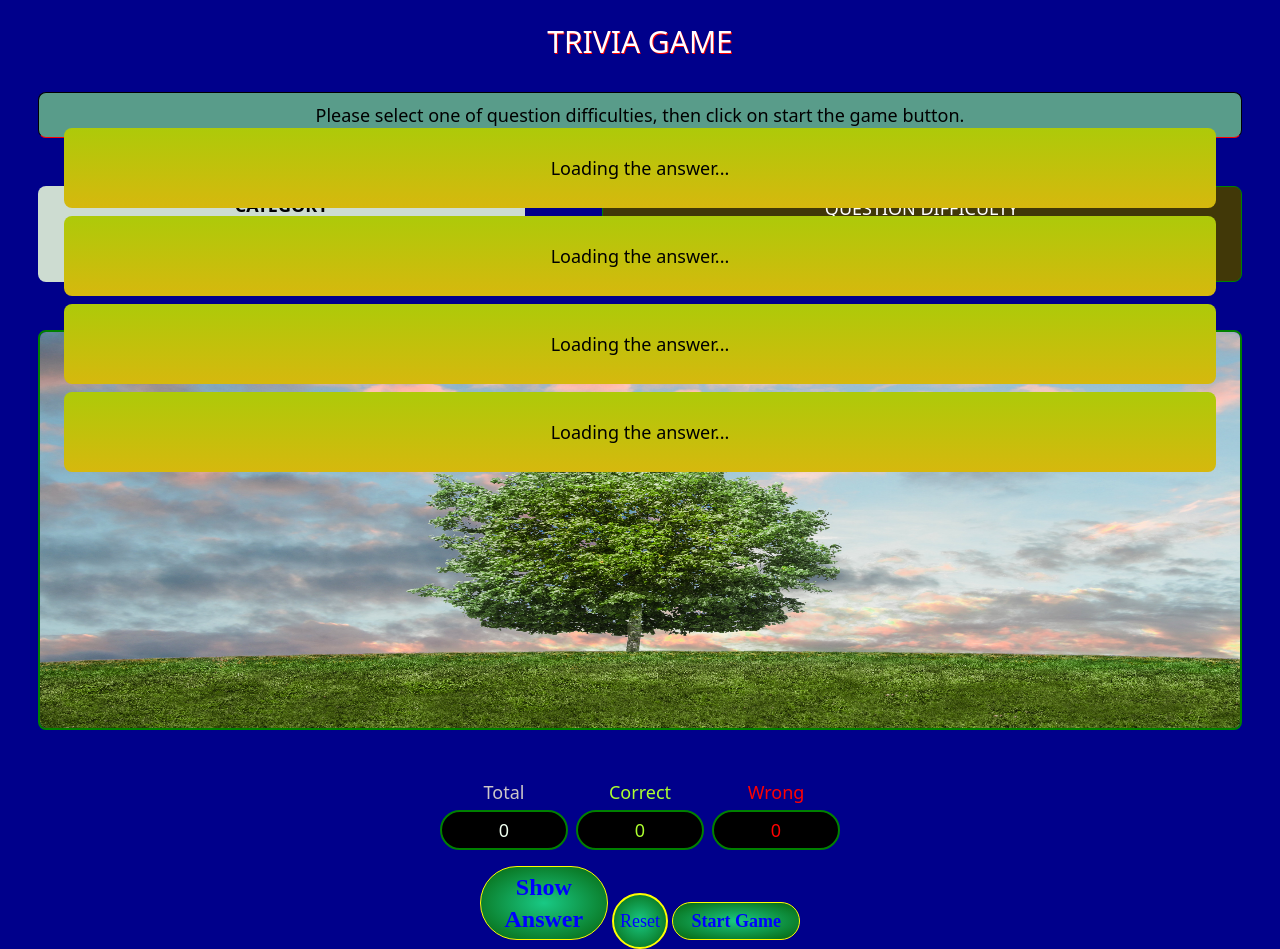
Repository: ShindanoSingi/bembe-trivia
Page: index.html
These files come from the project's save history. The page is drawn as it stood at one moment and after the next save; the edit follows.
The browser window is 1280 px wide. The pictures show the whole page.
Some web libraries are served in a nearby version.

Above is the page before, as saved 2022-09-08 01:32:39.

### index.html
<!DOCTYPE html>
<html lang="en">

    <head>
        <meta charset="UTF-8">
        <meta http-equiv="X-UA-Compatible" content="IE=edge">
        <meta name="viewport" content="width=device-width, initial-scale=1.0">
        <link rel="stylesheet" href="style.css">
        <script src="https://cdn.tailwindcss.com"></script>
        <title>Trivia Game</title>
    </head>

    <body class="">
        <div class="containerBox max-h-[100vh] my-2 flex flex-col gap-[3rem]">
            <h1 class="text-center text-3xl relative top-4" >TRIVIA GAME</h1>
            <div class="questionBox text-center w-[94vw] md:text-lg h-[6.5rem] p-2 md:p-2 mx-auto rounded-lg">
                Please select one of question difficulties, then click on start the game button.
            </div>
            <div class="category-and-difficulty-container items-center justify-around flex">
                <div class="category-container w-[38vw] md:h-[6rem] h-[4.5rem] bg-[#CDDCD1] flex items-center flex-col py-[0.3rem] rounded-lg">
                    <div class="labelCategory text-sm md:text-lg font-bold md:font-bold text-black">CATEGORY</div>
                    <div class="category text-sm md:text-lg text-center p-1 rounded-lg">
                        Loading category...
                    </div>
                </div>
                <div class="qDifficultyBox w-[50vw] pb-1 rounded-lg items-center flex h-[4.5rem] md:h-[6rem] justify-around flex-col">
                        <div id="question" class="qCat md:text-lg text-sm">QUESTION DIFFICULTY</div>
                        <div class="difficulties-container md:flex md:space-x-6 flex gap-1">
                            <button class="difficulty px-1.5 md:w-[6rem] text-sm md:text-lg rounded-full" id="easy">Easy</button>
                            <button class="difficulty md:w-[6rem] px-1.5 rounded-full md:text-lg text-sm" id="medium">Medium</button>
                            <button class="difficulty md:w-[6rem] px-1.5 text-sm md:text-lg rounded-full" id="hard">Hard</button>
                    </div>
                </div>
            </div>
            <div class="imgAndQuestions">
                <img class="w-[94vw] h-[25rem] mx-auto" src="pexels-skitterphoto-9198.jpg" alt="nature image">
                <div class="answersButtons absolute md:absolute md:bottom-[15.5rem] bottom-[17.2rem] ml-[5vw] flex space-y-2 items-center  flex-col">
                    <button class="showAnswer md:text-lg w-[90vw] p-1 absolute bottom-[17rem] mx-auto text-sm h-[5rem]">Loading the answer...</button>
                    <button class="response md:text-lg w-[90vw] p-1 text-center text-md h-[5rem]" id="response1">Loading the answer...</button>
                    <button class="response md:text-lg w-[90vw] p-1 text-md h-[5rem]" id="response2">Loading the answer...</button>
                    <button class="response md:text-lg w-[90vw] p-1 text-md h-[5rem]" id="response3">Loading the answer...</button>
                    <button class="response md:text-lg w-[90vw] p-1 text-md h-[5rem]" id="response4">Loading the answer...</button>
                    </div>
                </div>

            <div id="bottomPart" class="flex  mx-auto flex-col items-center gap-4">
                <div class="labelsAndButtons relative left-1 flex space-x-2">
                    <div class="question-number flex flex-col items-center">
                        <p class="labels md:text-lg pb-1" id="labelQ">Total</p>
                        <div class="bottombuttons md:w-[8rem] md:text-lg w-[5rem] text-center py-1" id="questionNumber">0</div>
                    </div>
                    <div class="correct-answers md:text-lg flex flex-col items-center">
                        <p class="labels pb-1" id="labelC">Correct</p>
                        <div class="bottombuttons md:text-lg w-[5rem] md:w-[8rem] text-center py-1" id="correct">0</div>
                    </div>
                    <div class="wrong-answers md:text-lg flex flex-col items-center">
                        <p class="labels pb-1" id="labelW">Wrong</p>
                        <div class="bottombuttons md:w-[8rem] md:text-lg w-[5rem] text-center py-1" id="wrong">0</div>
                    </div>
                    <div class="timerQuestionCorrectWrong"></div>
                </div>
                <div class="threeBottomButtons">
                    <button class="w-[8rem] text-lg md:text-2xl py-1" id="showAnswer">Show Answer</button>
                    <button class="reset text-lg p-1 w-[3.5rem] h-[3.5rem] rounded-full">Reset</button>
                    <button class="startGame text-lg w-[8rem] py-1">Start Game</button>
                </div>
            </div>
            </div>
        <script src="./script.js"></script>
    </body>
</html>

### style.css

/* iPhone 8 and smaller */

    /*  Set h1 text to red */
    h1 {
        color: #fff;
        text-shadow: 0.05rem 0.05rem red;
    }

    /* The box containing the question */
    .questionBox {
        color: rgb(0, 0, 0);
        border: 0.02rem solid;
        background-color: rgb(89, 156, 138);
        border-bottom-color: red;
    }

    /* Label for category */
    .labelCategory {
        color: white;
    }

    /* The show answer message box */
    .showAnswer {
        color: honeydew;
        visibility: hidden;
        border: 0.1rem solid green;
        border-radius: 0.5rem;
        background-color:rgb(2, 27, 3);
    }
    /*  Individual difficulty button */
    .difficulty {
        background-image: linear-gradient(rgb(16, 221, 142), rgb(4, 58, 7));
        border: 0.2rem solid rgb(21, 139, 35);
        color: white;
    }

    /*  Class containing all difficulty buttons */
    .difficulties-container {
        border-color: green;
    }
    /* The box containing difficulty buttons */
    .qDifficultyBox {
        border: 0.14vh solid green;
        background-color: rgb(65, 56, 8);
        color: white;
    }

    /* image */
    img {
        border: 0.15rem solid green;
        border-radius: 0.5rem;
    }
    /* all response buttons */
    .response {
        border-color: green;
        background-image: linear-gradient(rgb(173, 202, 9), rgb(214, 184, 14));
        color: black;
        border-radius: 0.5rem;
    }
    /* All response buttons */
    .response:hover {
        background-image: linear-gradient(rgb(32, 90, 165), rgb(72, 168, 192));
    }

    /* Show answer button */
    #showAnswer {
        color: blue;
        border: 0.54vh solid green;
        border: 0.27vh solid yellow;
        border-radius: 20rem;
        font-family: cursive;
        font-weight: bold;
        background-image: radial-gradient(rgb(25, 201, 133), rgb(6, 99, 10));
    }
    #showAnswer:hover {
        background-image: radial-gradient(rgb(201, 25, 25), rgb(93, 99, 6));
        color: white;
    }
    /* Start game button */
    .startGame {
        color: blue;
        border: 0.54vh solid green;
        border: 0.27vh solid yellow;
        border-radius: 20rem;
        font-family: cursive;
        font-weight: bold;
        background-image: radial-gradient(rgb(25, 201, 133), rgb(6, 99, 10));
    }
    /* Start game button */
    .startGame:hover {
        background-image: radial-gradient(rgb(201, 25, 25), rgb(93, 99, 6));
        color: white;
    }
    /* Reset button */
    .reset {
        color: blue;
        border: 0.5rem solid green;
        border: 0.15rem solid yellow;
        font-family: cursive;
        background-image: radial-gradient(rgb(25, 201, 133), rgb(6, 99, 10));
    }
    /* Reset button */
    .reset:hover {
        background-image: radial-gradient(rgb(201, 25, 25), rgb(93, 99, 6));
        color: white;
    }

    /* Class containing the 3 bottom labels  (total questions, correct answers and wrong answers) */
    .question-number {
        color: rgb(205, 200, 200);
    }

    .correct-answers {
        color: greenyellow;
    }

    .wrong-answers {
        color: red;
    }

    /* The bottom boxes for total question number, correct answers and wrong answers */
    .bottombuttons {
        border: 0.15rem solid green;
        background-color: black;
        color: honeydew;
        border-radius: 2rem;
    }

    /* Set the wrong anser to red */
    #wrong {
        color: rgb(255, 0, 0);
    }
    /* Set the correct anser to green */
    #correct {
        color: greenyellow;
    }

    /* Change the color when "easy" button is hovered over */
    #easy:hover {
        background-image: linear-gradient(rgb(202, 9, 9), rgb(214, 184, 14));
    }
    /* Change the color when "easy" button is hovered over */
    #medium:hover {
        background-image: linear-gradient(rgb(202, 9, 9), rgb(214, 184, 14));
    }
    /* Change the color when "easy" button is hovered over */
    #hard:hover {
        background-image: linear-gradient(rgb(202, 9, 9), rgb(214, 184, 14));
    }

    body {
      background-color: darkblue;
    }

### script.js
// Declaring variables

// Capture win window
let winWindow = document.querySelector('.win');

// Declae win reset button
let winResetButton = document.querySelector('.winReset');

// define lose reset button
let loseResetButton = document.querySelector('.loseReset');

// define lose window
let loseWindow = document.querySelector('.lose');

// define win image
let winImage = document.querySelector('.winImage')

// define a message if the payer loses the game
let loseMessage = document.querySelector('#losePar');

// define
let video = document.querySelector('#myVideo');

// Get Body content
let body = document.querySelector('body');

// This will hold category information
let category = document.querySelector('.category');

// This will hold the question
let question = document.querySelector('.questionBox');

// This is for all response buttons
let answerButtons = document.querySelector('.answersButtons');

// Define difficulty buttons
let difficultyButtons = document.querySelector('.difficulties-container');

// Define image
let image = document.querySelector('img');

// Define audio button
let audioButton = document.querySelector('.audio');

// Declaring individual difficulty buttons
let easyButton = document.querySelector('#easy');
let mediumButton = document.querySelector('#medium');
let hardButton = document.querySelector('#hard');

// This is for individual responses
let response1 = document.querySelector('#response1');
let response2 = document.querySelector('#response2');
let response3 = document.querySelector('#response3');
let response4 = document.querySelector('#response4');

// Define the total number of questions' box.
let totNumQuestionsBox = document.querySelector('#questionNumber');

// This will hold number of correct answers
let cAnswer = document.querySelector('#correct');

// This will hold number of wrong answers
let wAnswer = document.querySelector('#wrong');

// Define the "show answer" button
let showAnswerButton = document.querySelector('#showAnswer');

let corrAnswer;

// Create new audio objects
// Code source: https://www.w3schools.com/jsref/met_audio_play.asp
let audio = new Audio('general-logo-13395.mp3');

let questionscoreCount = 0;
let correctAnswerScoreCount = 0;
let wrongAnswerscoreCount = 0;
let scoreCount = 0;
let clear = '';
let difficulty = '';

// Set winning scoreCount
let winningscoreCount = 6;

let highscoreCount = 0;

let startGame = document.querySelector('.startGame');

// Takes the response from fetch
let triviaQuestion;

// Define a global url which will be accessed by multiple functions
let url;

// Array of all Images/jpg
// https://www.pexels.com/search/environment/
let arrayImages = [];
arrayImages.push('pexels-ákos-szabó-440731.jpg');
arrayImages.push('pexels-atikul-haque-rafat-679598.jpg');
arrayImages.push('pexels-felix-mittermeier-957024.jpg');
arrayImages.push('pexels-ian-turnell-709552.jpg');
arrayImages.push('pexels-karolina-grabowska-5750182.jpg');
arrayImages.push('pexels-mahima-1250260.jpg');
arrayImages.push('pexels-mali-maeder-142497.jpg');
arrayImages.push('pexels-matthias-cooper-580900.jpg');
arrayImages.push('pexels-min-an-1131458.jpg');
arrayImages.push('pexels-minamarie-michell-570041.jpg');
arrayImages.push('pexels-olya-kobruseva-5236397.jpg');
arrayImages.push('pexels-pixabay-33044.jpg');
arrayImages.push('pexels-pixabay-221012.jpg');
arrayImages.push('pexels-pixabay-235615.jpg');
arrayImages.push('pexels-pixabay-259280.jpg');
arrayImages.push('pexels-pixabay-302804.jpg');
arrayImages.push('pexels-pixabay-414090.jpg');
arrayImages.push('pexels-pixabay-459225.jpg');
arrayImages.push('pexels-pixabay-459225.jpg');
arrayImages.push('pexels-pixabay-460621.jpg');
arrayImages.push('pexels-scott-webb-1048033.jpg');
arrayImages.push('pexels-skitterphoto-9198.jpg');
arrayImages.push('pexels-sohail-na-807598.jpg');

// for correct and wrong answer song; source code:
// https://www.dreamstime.com/stock-music-sound-effect/wrong-answer-answer.html

// Reset the game when the "Reset" button is clicked
let resetButton = document.querySelector('.reset');
resetButton.addEventListener('click', () => {

    // Code source: https://www.w3schools.com/jsref/met_audio_play.asp
    audio.volume = 0.2;

    // Refresh the page/window
    window.location.reload();
});

// Assign color to all answer buttons and call "play" function
let startButton = () => {

    // Increament the score count.
    scoreCount++;

    // Select all responses buttons.
    let responses = document.querySelectorAll('.response');
    responses.forEach(response => {
        response.style.backgroundImage = 'linear-gradient(rgb(173, 202, 9), rgb(57, 14, 214));'
    })

    // When the "Start The Game" button is presNexted, Call "play" function
    play();
}

// Select difficulty buttons
difficultyButtons.addEventListener('click', e => {

    // Target the element/button by its id.
    difficulty = e.target.id;

    // Only change the color "easy" button is selected, then enable "Start The Game"
    if (difficulty === 'easy') {

        // Only change the background of "easy button" to a different color, and let other bottons'
        // colors unchanged.
        e.target.style.backgroundImage = 'linear-gradient(rgb(9, 25, 202), rgb(81, 14, 214))';
        mediumButton.style.backgroundImage = `linear-gradient(rgb(16, 221, 142), rgb(4, 58, 7))`;
        hardButton.style.backgroundImage = `linear-gradient(rgb(16, 221, 142), rgb(4, 58, 7))`;

        // Start the Game when "Start The Game" is clicked
        let startGame = document.querySelector('.startGame');
        startGame.addEventListener('click', () => {
            startButton();
        });
    }

    // Only change the color "medium" button is selected, then enable "Start The Game"
    else if (difficulty === 'medium') {

        // Only change the background of "medium button" to a different color, and let other bottons'
        // colors unchanged.
        e.target.style.backgroundImage = 'linear-gradient(rgb(9, 25, 202), rgb(81, 14, 214))';
        easyButton.style.backgroundImage = `linear-gradient(rgb(16, 221, 142), rgb(4, 58, 7))`;
        hardButton.style.backgroundImage = `linear-gradient(rgb(16, 221, 142), rgb(4, 58, 7))`;

        // Start the Game when "Start The Game" is clicked
        startGame.addEventListener('click', () => {
            startButton();
        });
    }

    // Only change the color "hard" button is selected, then enable "Start The Game"
    else if (difficulty === 'hard') {

        // Only change the background of "hard button" to a different color, and let other bottons'
        // colors unchanged.
        e.target.style.backgroundImage = 'linear-gradient(rgb(9, 25, 202), rgb(81, 14, 214))';
        mediumButton.style.backgroundImage = `linear-gradient(rgb(16, 221, 142), rgb(4, 58, 7))`;
        easyButton.style.backgroundImage = `linear-gradient(rgb(16, 221, 142), rgb(4, 58, 7))`;



        // Start the Game when "Start The Game" is clicked
        startGame.addEventListener('click', () => {
            startButton();
        });
    }

    // Return the value of the chosen difficulty button.
    return difficulty;
})



// Play the game when the start game button is click.
function play() {

    // Define and get a random number
    // Source: https://www.w3schools.com/jsref/jsref_random.asp
    let randomQuestion = Math.floor(Math.random() * 10 + 9);

    // Get the question from the API
    // Source: https://opentdb.com/api_config.php
    url = `https://opentdb.com/api.php?amount=50&difficulty=${difficulty}&type=multiple`

    // Define an empty array that will hold the correct answer and 3 wrong answers
    let arr = [];

    // fetch the the result for the above url.
    fetch(url)
        .then(res => {
            return res.json()
        })

        .then(res => {

            triviaQuestion = res;

            // Capture the correct from the response
            corrAnswer = res.results[0].correct_answer;

            arr.push(res.results[0].correct_answer);
            arr.push(res.results[0].incorrect_answers[0])
            arr.push(res.results[0].incorrect_answers[2])
            arr.push(res.results[0].incorrect_answers[1])

            category.innerHTML = res.results[0].category
            question.innerHTML = res.results[0].question

            // Assigning answers to answers buttons
            response1.innerHTML = arr[0];
            response2.innerHTML = arr[1];
            response3.innerHTML = arr[2];
            response4.innerHTML = arr[3];

            // Shuffling the array to avoid answers pattern.
            for (let i = arr.length - 1; i > 0; i--) {
                let j = Math.floor(Math.random() * (i + 1))

                let tempNum = arr[i];
                arr[i] = arr[j];
                arr[j] = tempNum;
            }
        })
}


// Track the clicking event of each answerButton
answerButtons.addEventListener('click', (event) => {

    // Check if the selected answer is equal to correct answer
    if (event.target.innerText === triviaQuestion.results[0].correct_answer) {

        // Increment total number of question
        scoreCount++;

        // Increament the the number of correct answers.
        correctAnswerScoreCount++;

        // Write the correct answer in the correct answer box
        cAnswer.innerText = correctAnswerScoreCount;

        for (let i = arrayImages.length - 1; i > 0; i--) {
            let j = Math.floor(Math.random() * (i + 1))

            let tempNum = arrayImages[i];
            arrayImages[i] = arrayImages[j];
            arrayImages[j] = tempNum;
        }

        // Play a random video
        image.src = arrayImages[1];

        // Set the background of the correct answer to green
        event.target.style.backgroundImage = `linear-gradient(rgb(0, 255, 106),
        rgb(9, 106, 28))`;

        // Call the next question
        nextQuestion()
    }

    // Check if the selected answer is not equal to the correct answer
    else if (event.target.innerText !== triviaQuestion.results[0].correct_answer) {

        // Play this audio if the answer is incorrect
        let audioWrongAnswer = new Audio('wrongAnswer.mp3');


        for (let i = arrayImages.length - 1; i > 0; i--) {
            let j = Math.floor(Math.random() * (i + 1))

            let tempNum = arrayImages[i];
            arrayImages[i] = arrayImages[j];
            arrayImages[j] = tempNum;
        }

        // Play a random video
        image.src = arrayImages[0];

        // Incremment scoreCount
        scoreCount++;

        // Increament the the number of incorrect answers.
        wrongAnswerscoreCount++;

        // Set the background of the correct answer to red
        event.target.style.backgroundImage = 'linear-gradient(rgb(220, 7, 7), #fa0a0a)';

        // Write the incorrect answer in the wrong answer box
        wAnswer.innerHTML = wrongAnswerscoreCount;
    }

    // Call the next question
    nextQuestion();
})

// Refresh the window reset all numbers to 0 and all texts to empty.
function refreshWindow() {
    window.location.reload()
}

// This function runs when the player calls for the next question.
function nextQuestion() {


    // Source: https://www.w3schools.com/jsref/jsref_random.asp
    let randomQuestions = Math.floor(Math.random() * 10 + 9);

    let urlNext = `https://opentdb.com/api.php?amount=1&category=${randomQuestions}&type=multiple`

    let arrNext = [];

    fetch(urlNext)
        .then(resNext => {
            return resNext.json()
        })

        .then(resNext => {

            // Capture the correct from the response
            corrAnswer = resNext.results[0].correct_answer;

            // Assign the response from fetch to triviaQuestion
            triviaQuestion = resNext;

            arrNext.push(resNext.results[0].correct_answer);
            arrNext.push(resNext.results[0].incorrect_answers[0])
            arrNext.push(resNext.results[0].incorrect_answers[2])
            arrNext.push(resNext.results[0].incorrect_answers[1])

            // Shuffling the array to avoid answers pattern.
            // source: https://www.geeksforgeeks.org/how-to-shuffle-an-array-using-javascript/

            for (let i = arrNext.length - 1; i > 0; i--) {
                let j = Math.floor(Math.random() * (i + 1))

                let tempNums = arrNext[i];
                arrNext[i] = arrNext[j];
                arrNext[j] = tempNums;
            }

            // Assigning original coloanswers to answers buttons
            response1.innerHTML = arrNext[0];
            response1.style.backgroundImage = 'linear-gradient(rgb(173, 202, 9), rgb(57, 14, 214))'

            response2.innerHTML = arrNext[1];
            response2.style.backgroundImage = 'linear-gradient(rgb(173, 202, 9), rgb(57, 14, 214))'

            response3.innerHTML = arrNext[2];
            response3.style.backgroundImage = 'linear-gradient(rgb(173, 202, 9), rgb(57, 14, 214))'

            response4.innerHTML = arrNext[3];
            response4.style.backgroundImage = 'linear-gradient(rgb(173, 202, 9), rgb(57, 14, 214))'

            category.innerHTML = resNext.results[0].category
            question.innerHTML = resNext.results[0].question

            console.log(resNext.results[0])

        })
}

// Display the answer if the "show Andwer" button is clicked for 1 second, then hide the answer.
showAnswerButton.addEventListener('click', () => {
    let answerBox = document.querySelector('.showAnswer');

    setTimeout(function () {
        answerBox.style.visibility = 'visible';
        answerBox.style.zIndex = '100';

        answerBox.innerHTML = corrAnswer;
        //Hide the answer
        setTimeout(function () {
            answerBox.style.visibility = 'hidden';

        }, 1000)
    }, 1000)

    if (answerBox.innerHTML === 'undefined') {
        answerBox.innerHTML = "Loading the answer...";
    }
    else {
        answerBox.innerHTML = "Loading the answer...";
    }
})

After the next save:
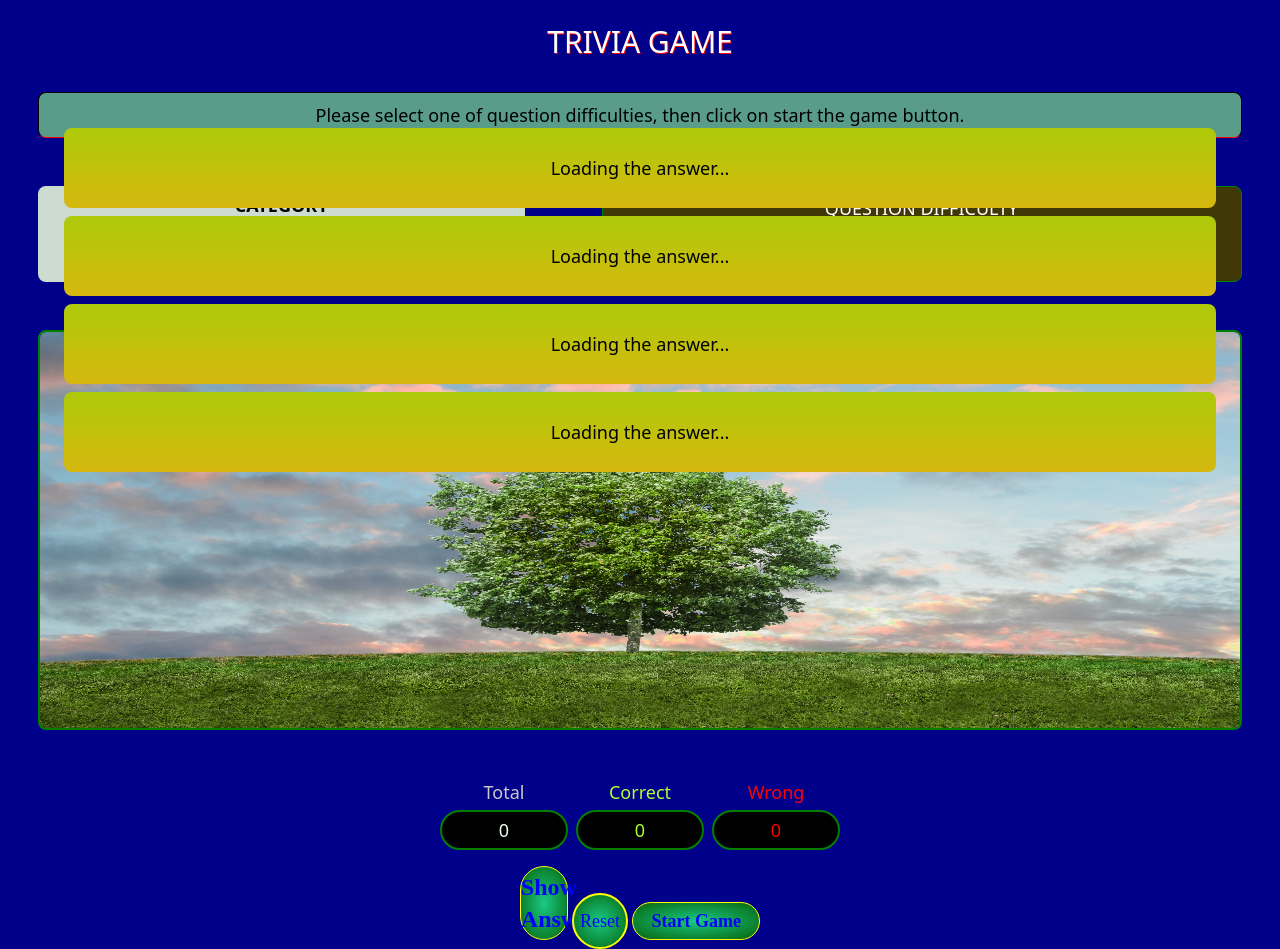
Saved 18 s later.
--- a/index.html
+++ b/index.html
@@ -60,7 +60,7 @@
                     <div class="timerQuestionCorrectWrong"></div>
                 </div>
                 <div class="threeBottomButtons">
-                    <button class="w-[8rem] text-lg md:text-2xl py-1" id="showAnswer">Show Answer</button>
+                    <button class="w-[8rem] text-lg md:text-2xl md:w-12 py-1" id="showAnswer">Show Answer</button>
                     <button class="reset text-lg p-1 w-[3.5rem] h-[3.5rem] rounded-full">Reset</button>
                     <button class="startGame text-lg w-[8rem] py-1">Start Game</button>
                 </div>
